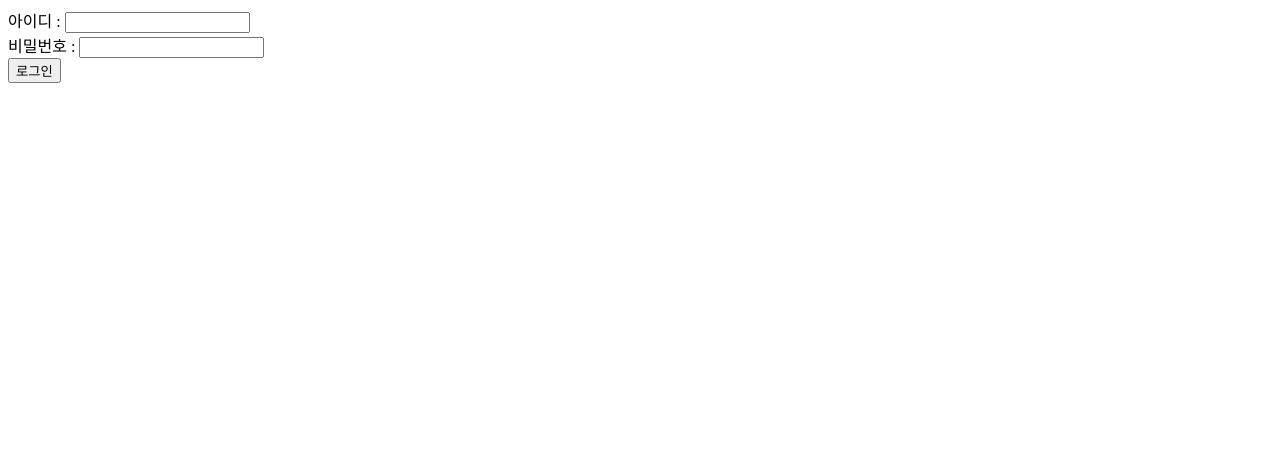
Repository: beruzz/ezen
Page: http://localhost/introduce/mc/login
These files come from the project's save history. The page is drawn as it stood at one moment and after the next save; the edit follows.
The browser window is 1280 px wide. The pictures show the whole page.
The page is served by Tomcat 9.

Above is the page before, as saved 2022-12-14 07:10:42.

After the next save:
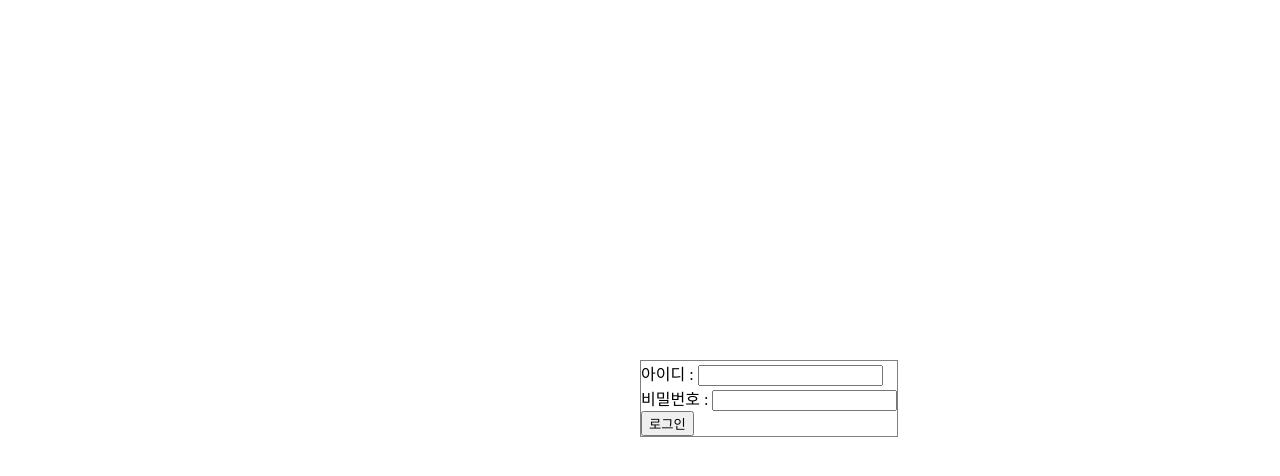
Saved 33 min 10 s later.
--- a/JSP_Board&Member/introduce/src/main/webapp/member/login.jsp
+++ b/JSP_Board&Member/introduce/src/main/webapp/member/login.jsp
@@ -6,9 +6,17 @@
 <head>
 <meta charset="UTF-8">
 <title>로그인 페이지</title>
+<style>
+	.login{
+		position: absolute;
+		top: 50%;
+		left: 50%;
+		border: solid 1px gray;
+	}
+</style>
 </head>
 <body>
-	<form action="/mc/login_auth" method="post">
+	<form action="/mc/login_auth" class="login" method="post">
 	아이디 : <input type="text" name="id"><br>
 	비밀번호 : <input type="password" name="password"><br>
 		<button type="submit">로그인</button>
